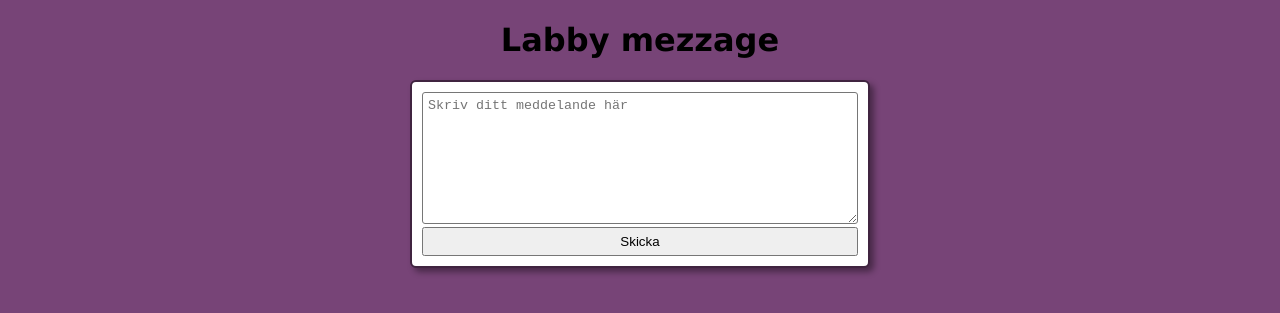
Repository: jk222rp/1dv403-laborationer
Page: 2-labbymezzage/index.html
The author's editor kept a record of every edit. The page is drawn from the files as they stood at one moment, then again after the next edit.
The browser window is 1280 px wide. The pictures show the whole page.

Above is the page before.

After the next edit:
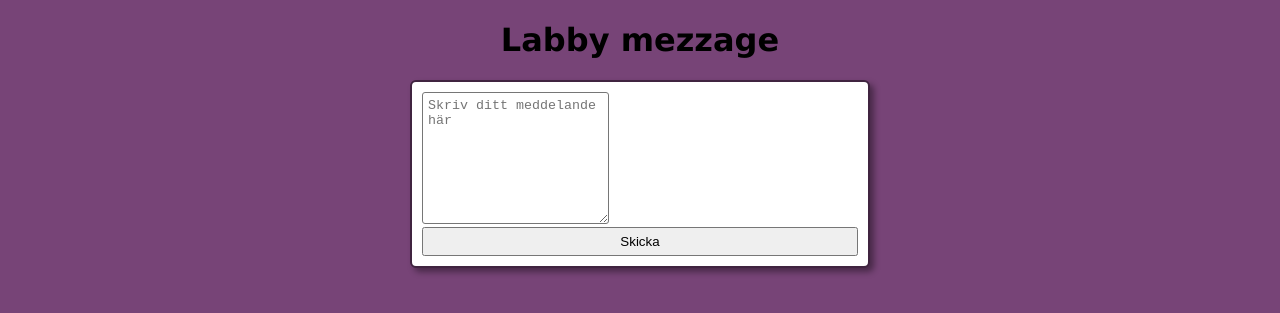
The edit:
--- a/2-labbymezzage/css/style.css
+++ b/2-labbymezzage/css/style.css
@@ -125,7 +125,6 @@
 }
 
 textarea {
-    width: calc(100% - 12px);
     border-radius: 3px;
     height: 120px;
 
